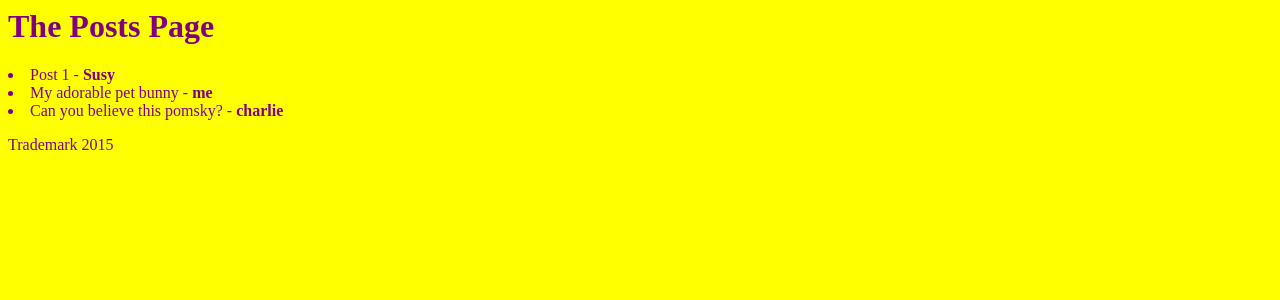
Repository: ZhenyuanBo/Web-Development-Boot-Camp
Page: http://localhost/posts
The author's editor kept a record of every edit. The page is drawn from the files as they stood at one moment, then again after the next edit.
The browser window is 1280 px wide. The pictures show the whole page.
The page is served by the project's Node server (MoreExpress/EJSDemo/EJSDemo.js).

Above is the page before.

### webdevbootcamp_Cloud9/workspace/MoreExpress/EJSDemo/views/posts.ejs
<link rel="stylesheet" href="EJSDemo.css"></link>

<h1>The Posts Page</h1>

<% for(var i=0; i<posts.length; i++){ %>
    <li>
        <%= posts[i].title %> - <strong><%= posts[i].author %></strong>
    </li>
<% } %>
<% include partials/footer %>

### webdevbootcamp_Cloud9/workspace/MoreExpress/EJSDemo/views/partials/footer.ejs
    <p>Trademark 2015</p>
    </body>
</html>

### webdevbootcamp_Cloud9/workspace/MoreExpress/EJSDemo/EJSDemo.js
var express = require('express');
var app = express();

//tell the system that server public as a default folder
app.use(express.static("public"));
//set ejs so that page being rendered doesn't need have ejs at the end
app.set("view engine", "ejs");


app.get("/", function(req, res){
    res.render("home");
});

app.get("/fallinlovewith/:thing", function(req, res){
    var thing = req.params.thing;
    res.render("love", {thingVar: thing.toUpperCase()});
});

app.get("/posts", function(req, res){
    var posts = [
        {title: "Post 1", author: "Susy"},
        {title: "My adorable pet bunny", author: "me"},
        {title: "Can you believe this pomsky?", author: "charlie"},
        ];
    res.render("posts", {posts: posts});
});

app.listen(process.env.PORT, process.env.IP, function(){
    console.log("Server has started!");
});

### webdevbootcamp_Cloud9/workspace/MoreExpress/EJSDemo/public/EJSDemo.css
body{
    color: purple;
    background: yellow;
}

### webdevbootcamp_Cloud9/workspace/MoreExpress/EJSDemo/views/partials/header.ejs
<!DOCTYPE html>
<html>
    <head>
        <title>Demo App</title>
        <link rel="stylesheet" href="/EJSDemo.css"></link>
    </head>
    <body>

After the next edit:
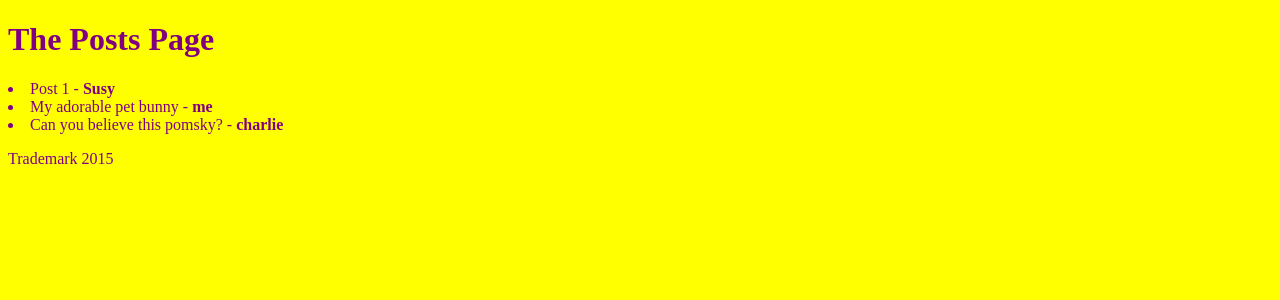
The edit:
--- a/webdevbootcamp_Cloud9/workspace/MoreExpress/EJSDemo/views/posts.ejs
+++ b/webdevbootcamp_Cloud9/workspace/MoreExpress/EJSDemo/views/posts.ejs
@@ -1,5 +1,5 @@
-<link rel="stylesheet" href="EJSDemo.css"></link>
 
+<% include partials/header %>
 <h1>The Posts Page</h1>
 
 <% for(var i=0; i<posts.length; i++){ %>
